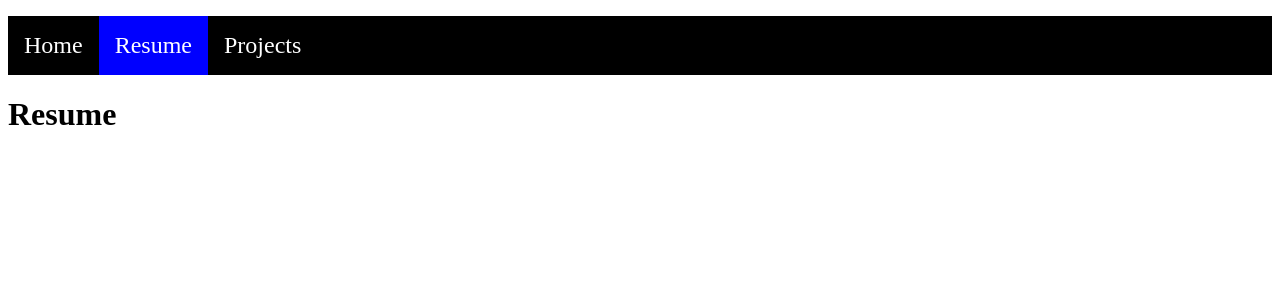
Repository: ChristianCain/ChristianCain.github.io
Page: resume.html
The author's editor kept a record of every edit. The page is drawn from the files as they stood at one moment, then again after the next edit.
The browser window is 1280 px wide. The pictures show the whole page.

Above is the page before.

### resume.html
<!DOCTYPE html>
<html>
    <head>

        <title>Resume</title>

        <link rel="stylesheet" type="text/css" href="style.css">

    </head>
    <body>
        <ul class="navbar">
            <li><a href="./">Home</a></li>
            <li class="active"><a href="resume.html">Resume</a></li>
            <li class = "dropdown"</li>
                <div>Projects</div>
                <ul class="dropdown-content">
                    <li><a href="#">Project 1</a></li>
                    <li><a href="#">Project 2</a></li>
                    <li><a href="#">Project 3</a></li>

                </ul>


        </ul>

        <h1>Resume</h1>


    </body>
</html>

### style.css



            .navbar{
            list-style: none;
            background-color: black;
            overflow: hidden;
            padding: 0;
            }


            .navbar a, .dropdown div{
                text-decoration: none;
                color: white;
                font-size: 24px;
                padding: 16px;
                display: inline-block;

            }
            .navbar li{
                float: left;
            }

            .navbar li:hover{
                background-color:pink;
            }

            .dropdown-content{
                list-style: none;
                padding: 0;
                display: none;
                position: absolute;
                z-index: 1;
                background-color: black;

            }

            .dropdown-content li{
                float: none;
            }

            .dropdown:hover .dropdown-content{
                display: block;
            }

            .active{
                background-color: blue;
            }

After the next edit:
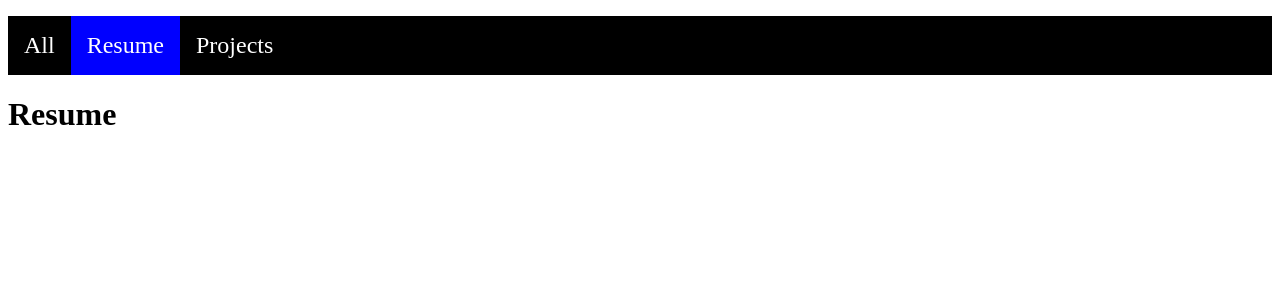
The edit:
--- a/resume.html
+++ b/resume.html
@@ -9,7 +9,7 @@
     </head>
     <body>
         <ul class="navbar">
-            <li><a href="./">Home</a></li>
+            <li><a href="index.html">All</a></li>
             <li class="active"><a href="resume.html">Resume</a></li>
             <li class = "dropdown"</li>
                 <div>Projects</div>
